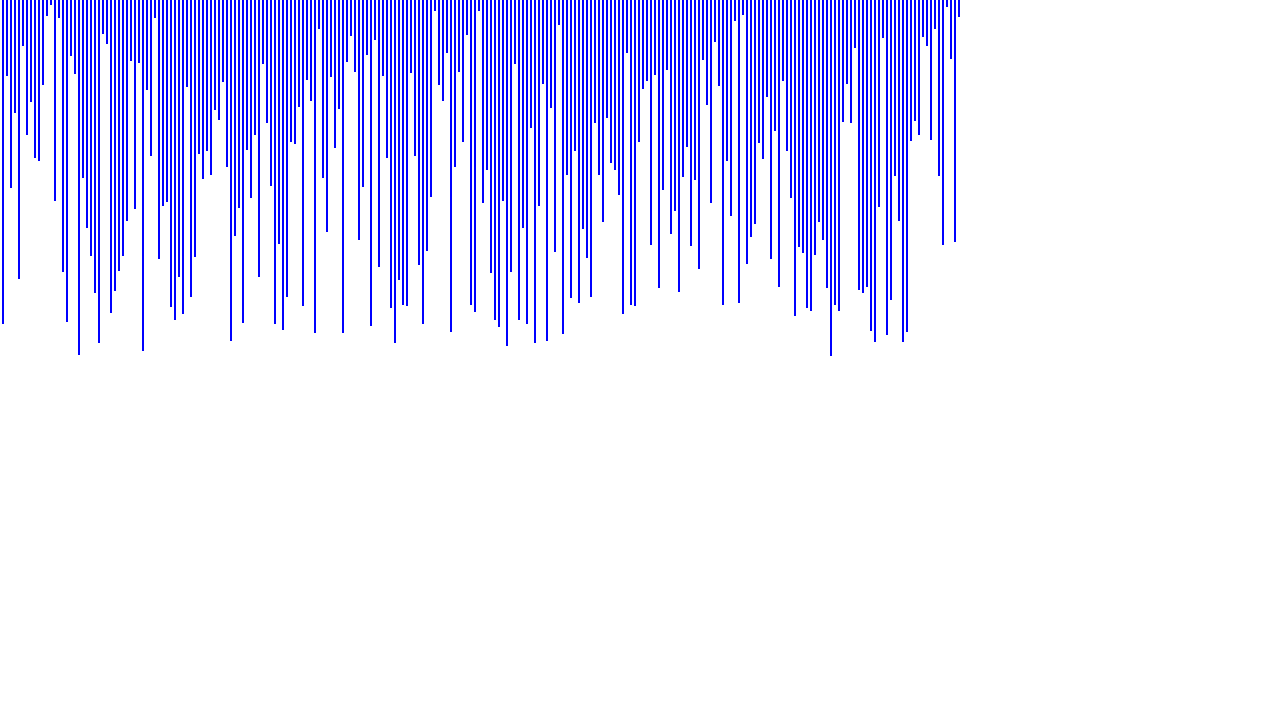
Repository: rehans-Life/sorting-visualizer
Page: /
The author's editor kept a copy of each file at every save. The page is drawn from the files as they stood at one save, then again after the next save.
The browser window is 1280 px wide. The pictures show the whole page.
The project was rebuilt for these pictures with package versions that can differ from the ones it lists, and the page was loaded fresh each time. The framework's server and built-in components were replaced by stand-ins that run in the browser. Also part of the build but not shown: next.config.js.

Above is the page before, as saved 2023-03-17 17:47:50.

After the next save:
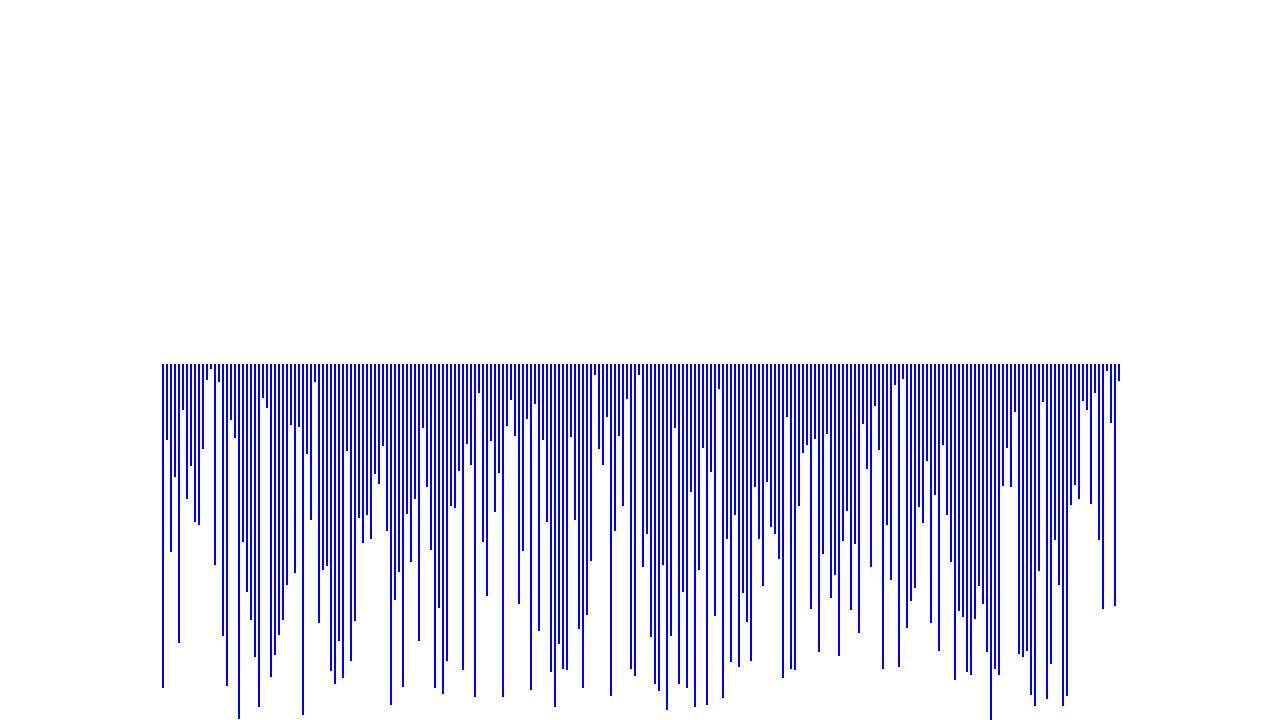
Saved 19 s later.
--- a/styles/Home.module.css
+++ b/styles/Home.module.css
@@ -1,6 +1,9 @@
 .container {
-  display: grid;
-  place-items: bottom;
+  display: flex;
+  justify-content: center;
+  align-items: flex-end;
+  width: 100%;
+  height: 100vh;
 }
 
 .array {
